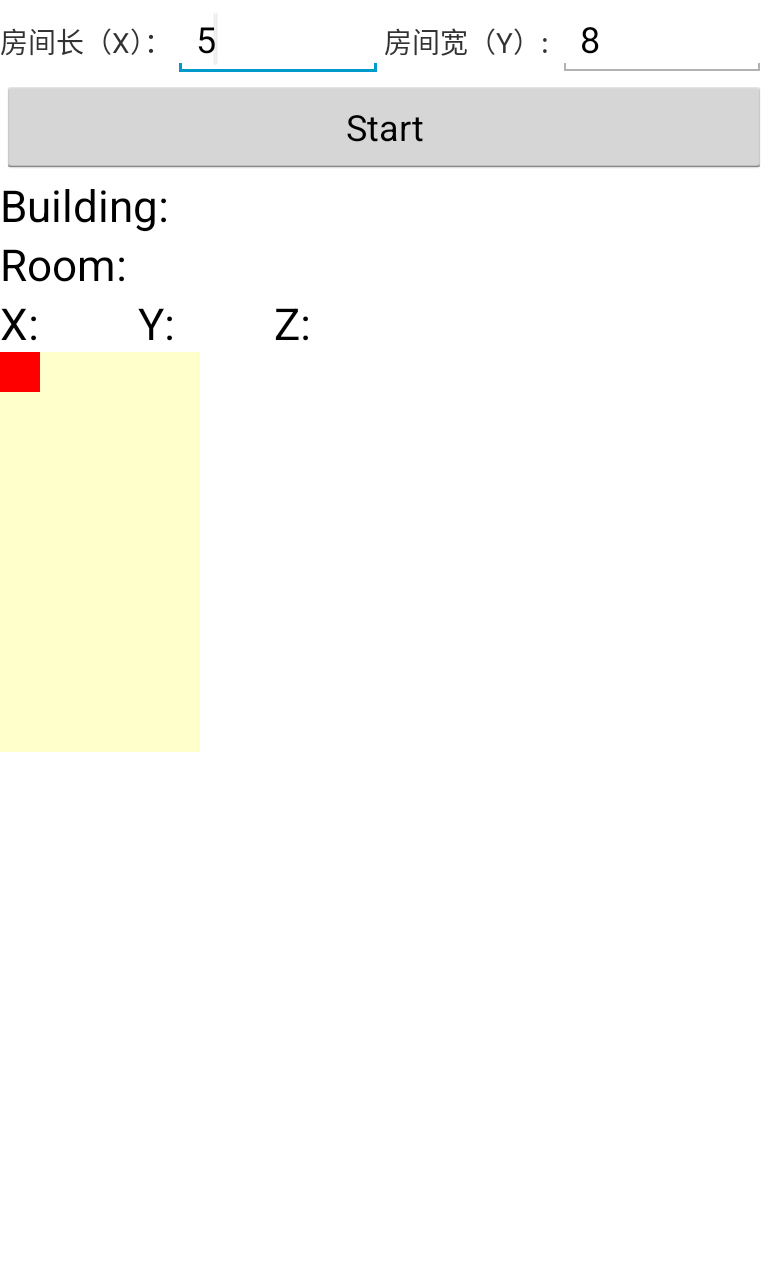
Repository: RenchuSong/tMap_Android
Layout: tmap_model_tool/res/layout/locating.xml
These files come from the project's save history. The layout is drawn as it stood at one moment and after the next save; the edit follows.
It is drawn on a 768 x 1280 px phone screen (xhdpi) without system bars, with theme AppTheme; the app's code is not run.

Above is the layout before, as saved 2014-05-12 00:43:33.

### tmap_model_tool/res/layout/locating.xml
<?xml version="1.0" encoding="utf-8"?>
<LinearLayout xmlns:android="http://schemas.android.com/apk/res/android"
    android:layout_width="match_parent"
    android:layout_height="match_parent"
    android:orientation="vertical" >

    <LinearLayout
        android:layout_width="match_parent"
        android:layout_height="wrap_content" >

        <TextView
            android:id="@+id/textView1"
            android:layout_width="wrap_content"
            android:layout_height="wrap_content"
            android:text="房间长（X）："/>

        <EditText
            android:id="@+id/xRange"
            android:layout_width="wrap_content"
            android:layout_height="wrap_content"
            android:layout_weight="1"
            android:ems="10"
            android:text="5" >

            <requestFocus />
        </EditText>

        <TextView
            android:id="@+id/textView2"
            android:layout_width="wrap_content"
            android:layout_height="wrap_content"
            android:text="房间宽（Y）: " />

        <EditText
            android:id="@+id/yRange"
            android:layout_width="wrap_content"
            android:layout_height="wrap_content"
            android:layout_weight="1"
            android:ems="10"
            android:text="8" />

    </LinearLayout>

    <Button
        android:id="@+id/start_stop"
        android:layout_width="match_parent"
        android:layout_height="wrap_content"
        android:text="Start" />

    <TextView
        android:id="@+id/building"
        android:layout_width="match_parent"
        android:layout_height="wrap_content"
        android:text="Building:"
        android:textAppearance="?android:attr/textAppearanceLarge" />

    <TextView
        android:id="@+id/room"
        android:layout_width="match_parent"
        android:layout_height="wrap_content"
        android:text="Room:"
        android:textAppearance="?android:attr/textAppearanceLarge" />

    <TextView
        android:id="@+id/location"
        android:layout_width="match_parent"
        android:layout_height="wrap_content"
        android:text="X:         Y:         Z:"
        android:textAppearance="?android:attr/textAppearanceLarge" />

    <RelativeLayout
        android:layout_width="100dp"
        android:layout_height="200dp"
        android:background="#ffffcc" >

        <Button
            android:id="@+id/person"
            android:layout_width="20dp"
            android:layout_height="20dp"
            android:layout_alignParentLeft="true"
            android:layout_alignParentTop="true"
            android:background="#ff0000" />

    </RelativeLayout>

</LinearLayout>

Loaded but not shown: tmap_model_tool/res/values/styles.xml (common file); tmap_model_tool/res/values-v11/styles.xml (common file); tmap_model_tool/res/values-v14/styles.xml (common file)

After the next save:
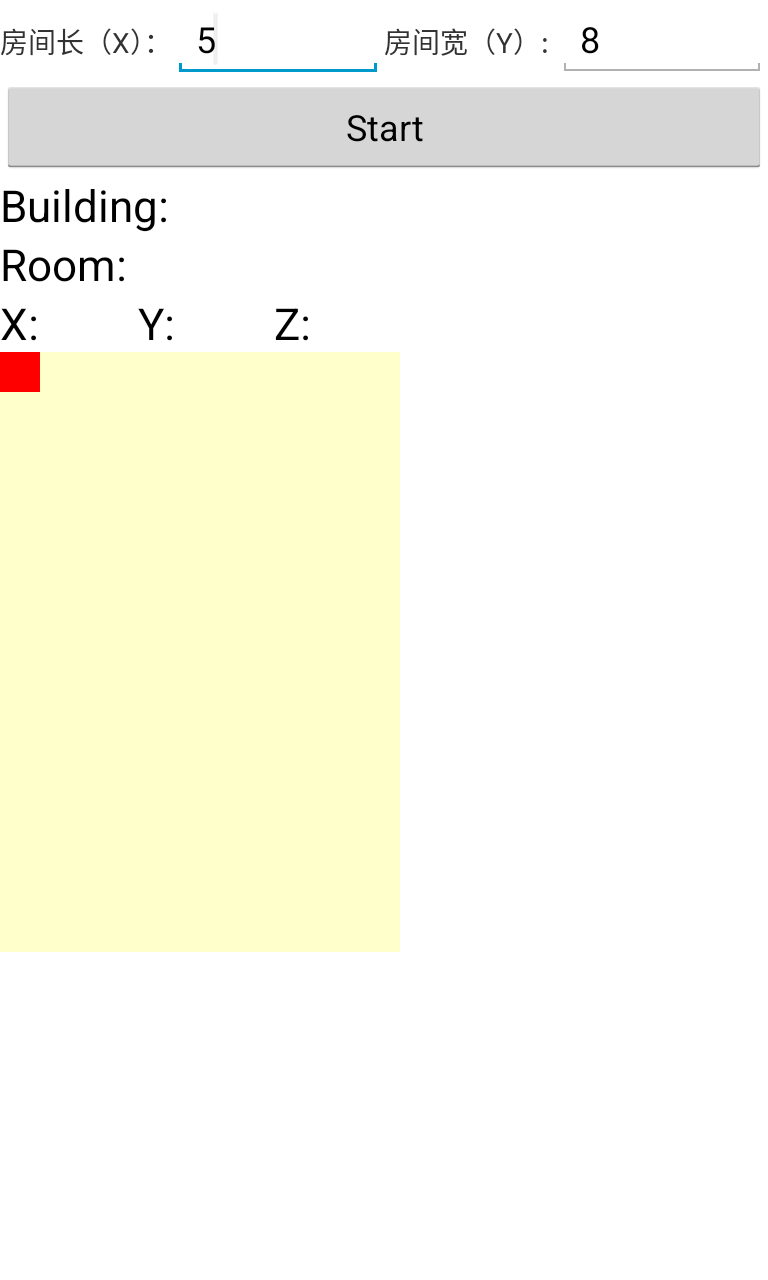
Saved 11 s later.
--- a/tmap_model_tool/res/layout/locating.xml
+++ b/tmap_model_tool/res/layout/locating.xml
@@ -69,8 +69,8 @@
         android:textAppearance="?android:attr/textAppearanceLarge" />
 
     <RelativeLayout
-        android:layout_width="100dp"
-        android:layout_height="200dp"
+        android:layout_width="200dp"
+        android:layout_height="300dp"
         android:background="#ffffcc" >
 
         <Button
